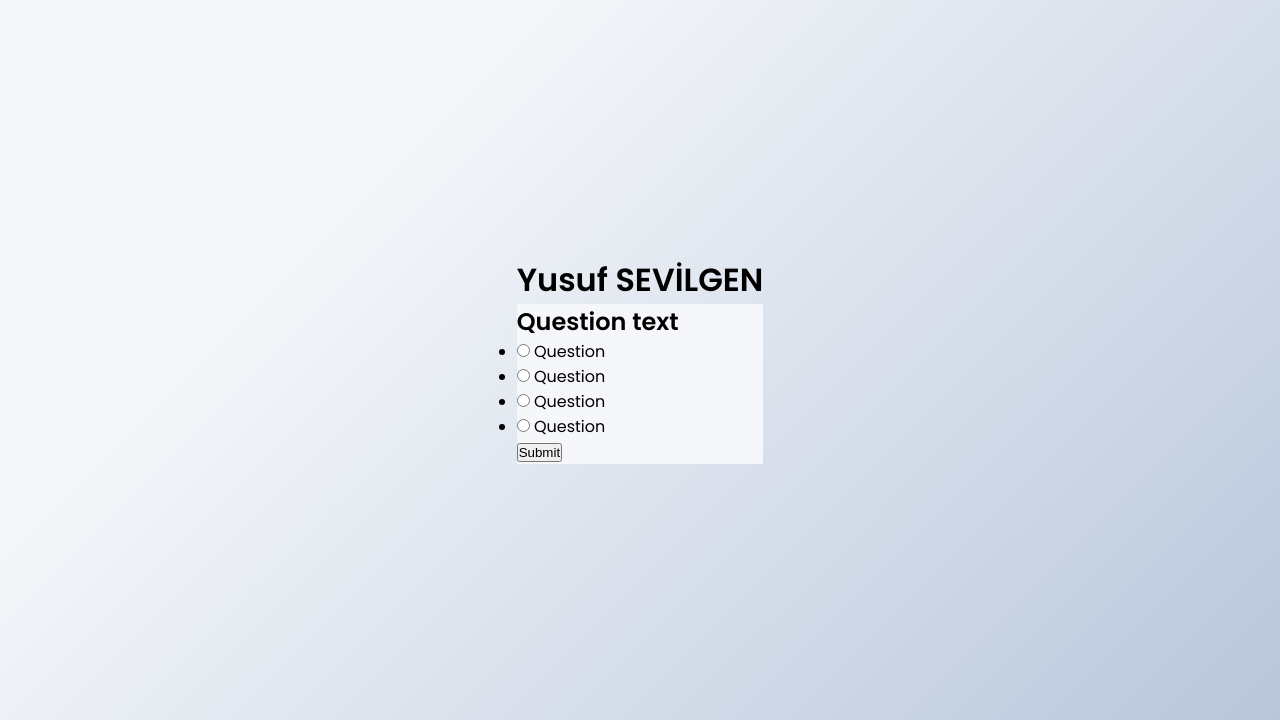
Repository: sevilgenysf/javascript-two
Page: index.html
These files come from the project's save history. The page is drawn as it stood at one moment and after the next save; the edit follows.
The browser window is 1280 px wide. The pictures show the whole page.

Above is the page before, as saved 2022-02-27 15:12:38.
Console error: SyntaxError: Unexpected token '{'

### index.html
<!DOCTYPE html>
<html lang="en">

<head>
	<meta charset="UTF-8">
	<meta http-equiv="X-UA-Compatible" content="IE=edge">
	<meta name="viewport" content="width=device-width, initial-scale=1.0">
	<link rel="stylesheet" href="./style.css">
	<script src="./index.js" defer></script>
	<title>javascript Day two</title>
</head>

<body>
	<div>
		<h1>Yusuf SEVİLGEN</h1>
		<div class="quiz-container">
			<h2>Question text</h2>
			<ul>
				<li>
					<input type="radio" id="a" name="answer">
					<label for="a">Question</label>
				</li>
			</ul>
			<ul>
				<li>
					<input type="radio" id="b" name="answer">
					<label for="b">Question</label>
				</li>
			</ul>
			<ul>
				<li>
					<input type="radio" id="c" name="answer">
					<label for="c">Question</label>
				</li>
			</ul>
			<ul>
				<li>
					<input type="radio" id="d" name="answer">
					<label for="d">Question</label>
				</li>
			</ul>
			<button>Submit</button>
		</div>
	</div>
</body>

</html>

### style.css
@import url('https://fonts.googleapis.com/css2?family=Poppins:wght@400;600&family=Roboto:ital,wght@0,300;0,400;0,700;1,500&display=swap');

* {
	margin: 0;
	padding: 0;
	box-sizing: border-box;
}

body {
	display: flex;
	justify-content: center;
	align-items: center;
	background-color: #b8c6db;
	background-image: linear-gradient(315deg, #b8c6db 0%, #f5f7fa 74%);
	font-family: 'Poppins', sans-serif;
	min-height: 100vh;
}

.quiz-container {
	background-color: #f5f7fa;
}

### index.js
const quizData = [
	{
		question: 'How old are you?',
		a: '25',
		b: '26',
		c: '27',
		d: '28',
		currect: 'c'
	},
	{
		question: 'What is the most used best programing language in 2019?',
		a: 'Java',
		b: 'C',
		c: 'Python',
		d: 'JavaScript',
		currect: 'a'
	},
	{
		qwstion: 'who is he President of USA?',
		a: 'Trump',
		b: 'Obama',
		c: 'Bush',
		d: 'Clinton',
		currect: 'b'
	},
	{
		question: 'What does HTML stand for?',
		a: 'Hyper Text Markup Language',
		b: 'Cascading style sheet',
		c: 'Jason Object Notation',
		d: 'Aplication Type Markup Language',
		currect: 'a'
	}.
	{
		question: 'What year was javaScript launched?',
		a: '1995',
		b: '1996',
		c: '1997',
		d: 'none of the above',
		currect: 'd'
	}
];

After the next save:
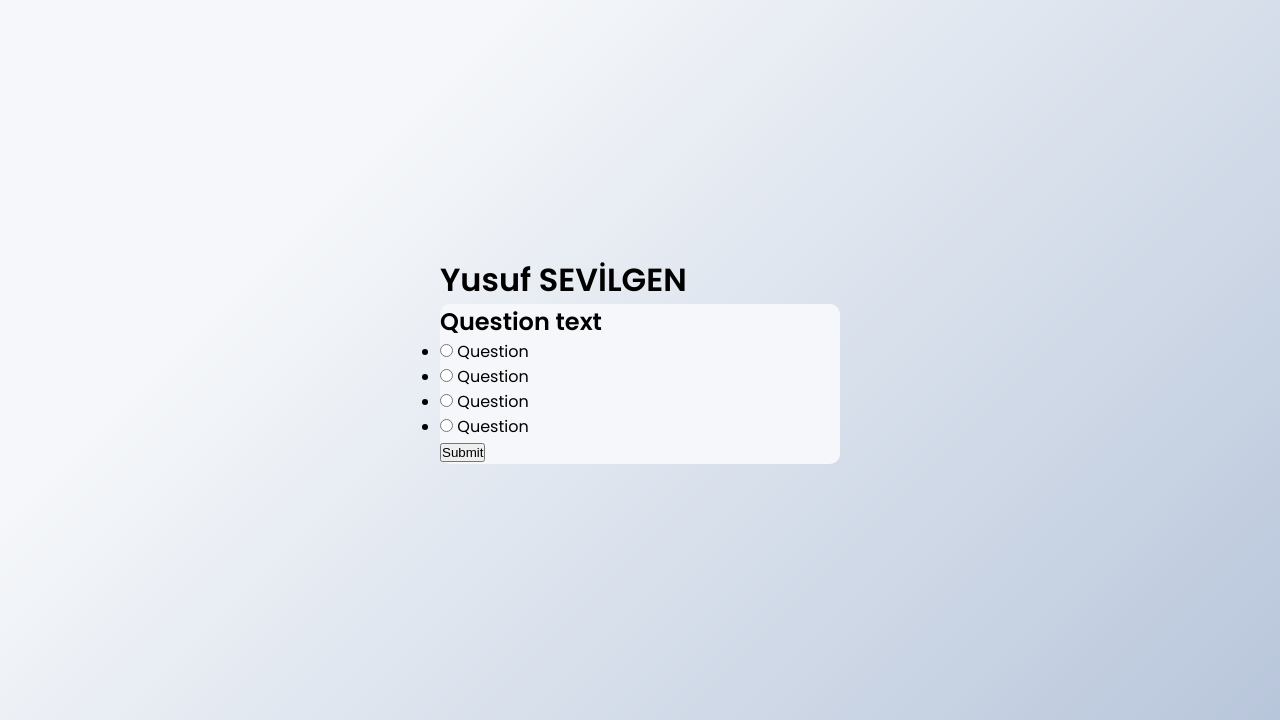
Saved 25 s later.
--- a/style.css
+++ b/style.css
@@ -18,4 +18,6 @@ body {
 
 .quiz-container {
 	background-color: #f5f7fa;
+	width: 400px;
+	border-radius: 10px;
 }
